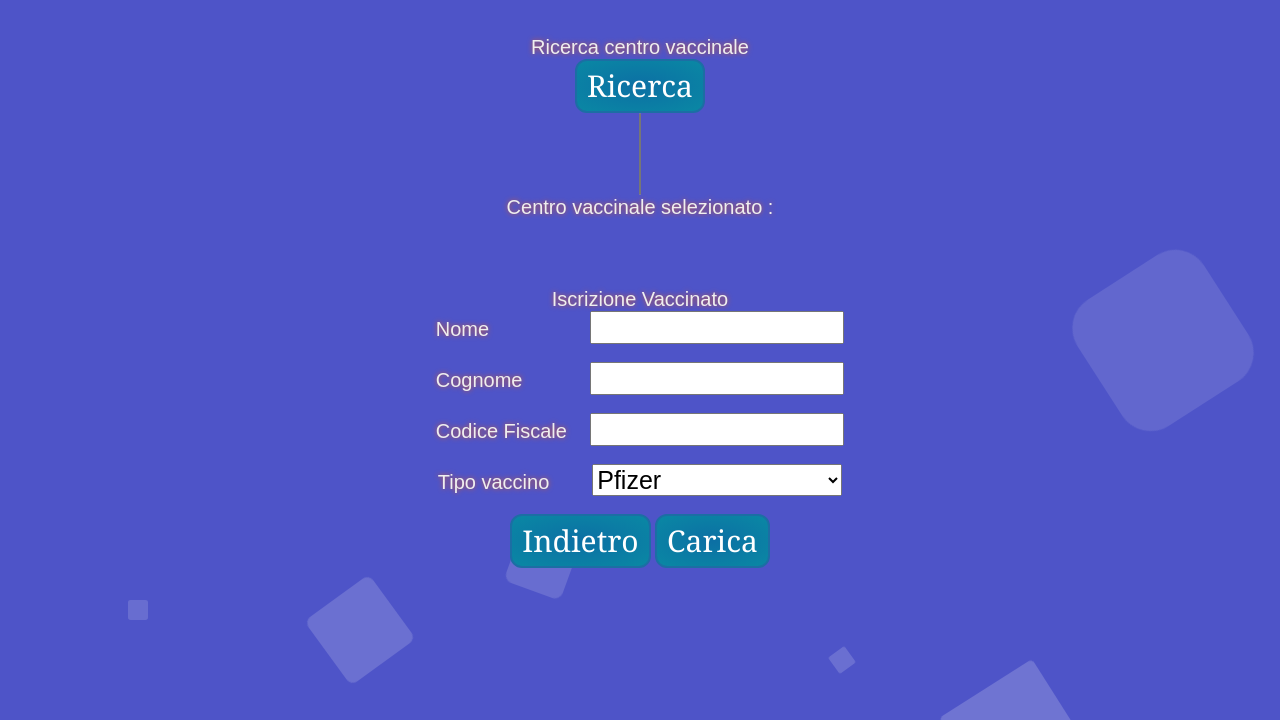
Repository: Jok98/CentriVaccinaliWebApp
Page: http://localhost/CentriVaccinaliOperatori/iscrizionevaccinato.jsp
These files come from the project's save history. The page is drawn as it stood at one moment and after the next save; the edit follows.
The browser window is 1280 px wide. The pictures show the whole page.
Some web fonts or font styles are not loaded; a fallback is used. The page is served by Tomcat 9.

Above is the page before, as saved 2022-09-24 17:51:12.

After the next save:
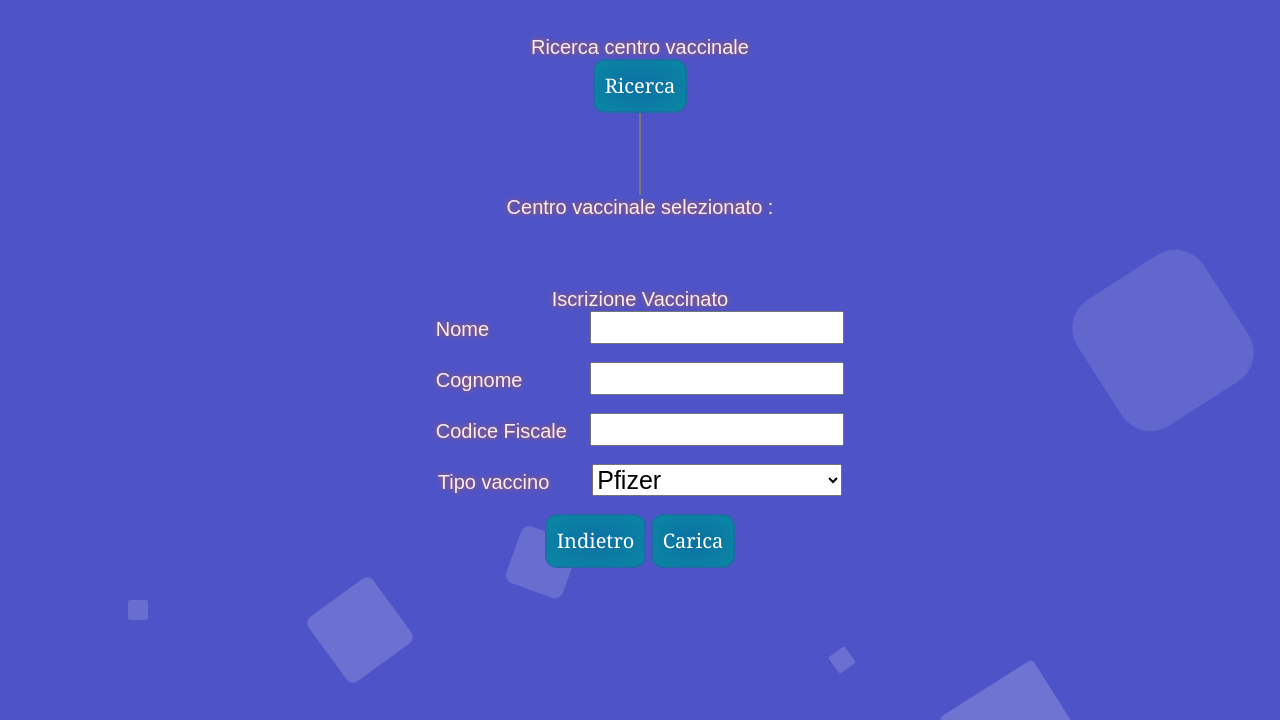
Saved 58 s later.
--- a/CentriVaccinaliOperatori/src/main/webapp/css/form.css
+++ b/CentriVaccinaliOperatori/src/main/webapp/css/form.css
@@ -3,7 +3,7 @@
 /* bottoni */
 .button {
 	color: rgb(255, 255, 255);
-	font-size: 30px;
+	font-size: 20px;
 	line-height: 30px;
 	padding: 10px;
 	border-radius: 12px;
